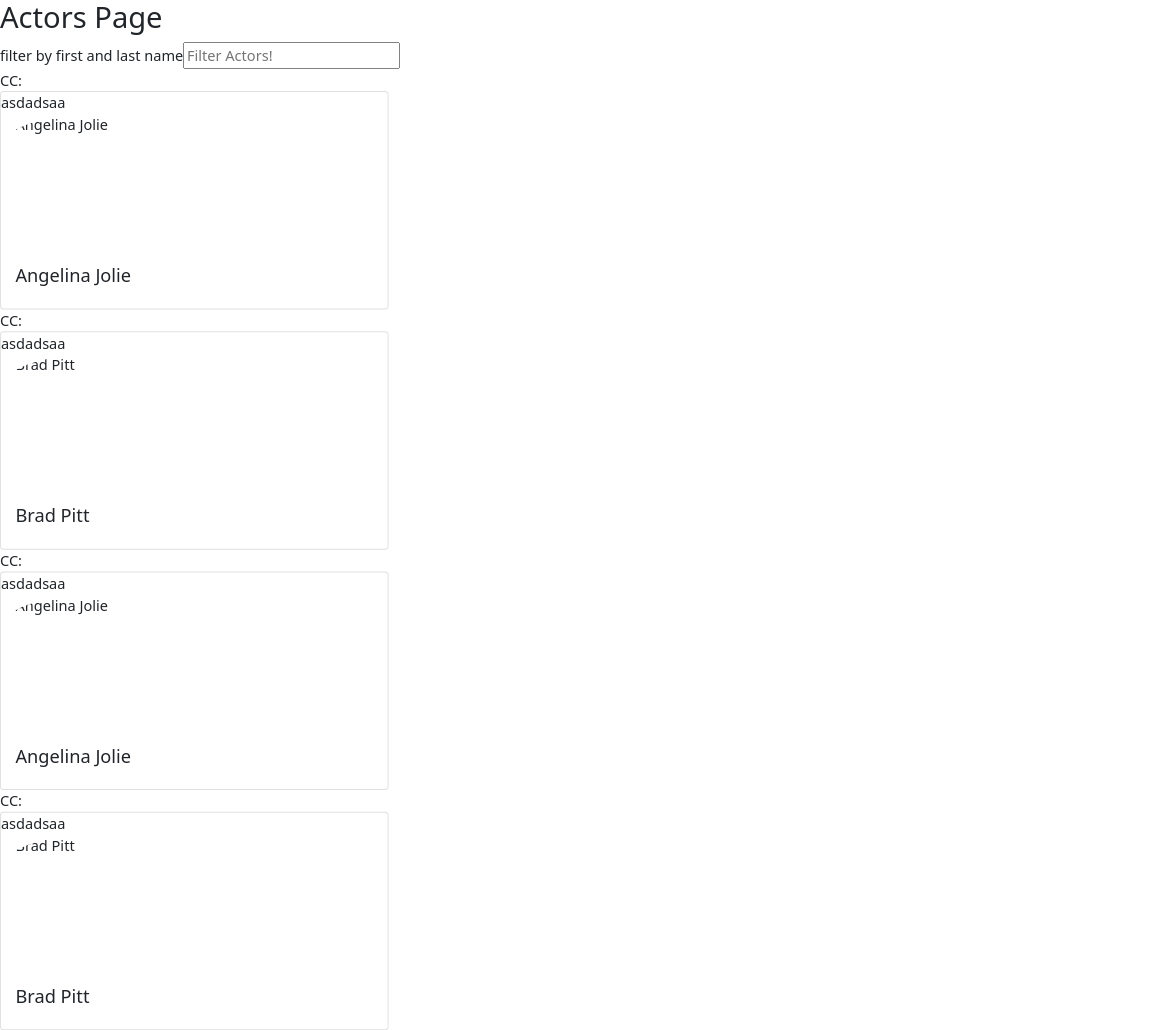
Repository: shuroo/FECourse-react-movieapp
Page: /
The author's editor kept a copy of each file at every save. The page is drawn from the files as they stood at one save, then again after the next save.
The browser window is 1280 px wide. The pictures show the whole page, at 91% of full size.
The project was rebuilt for these pictures with package versions that can differ from the ones it lists, and the page was loaded fresh each time. Also part of the build but not shown: src/App.css.

Above is the page before, as saved 2021-07-24 06:56:40.

After the next save:
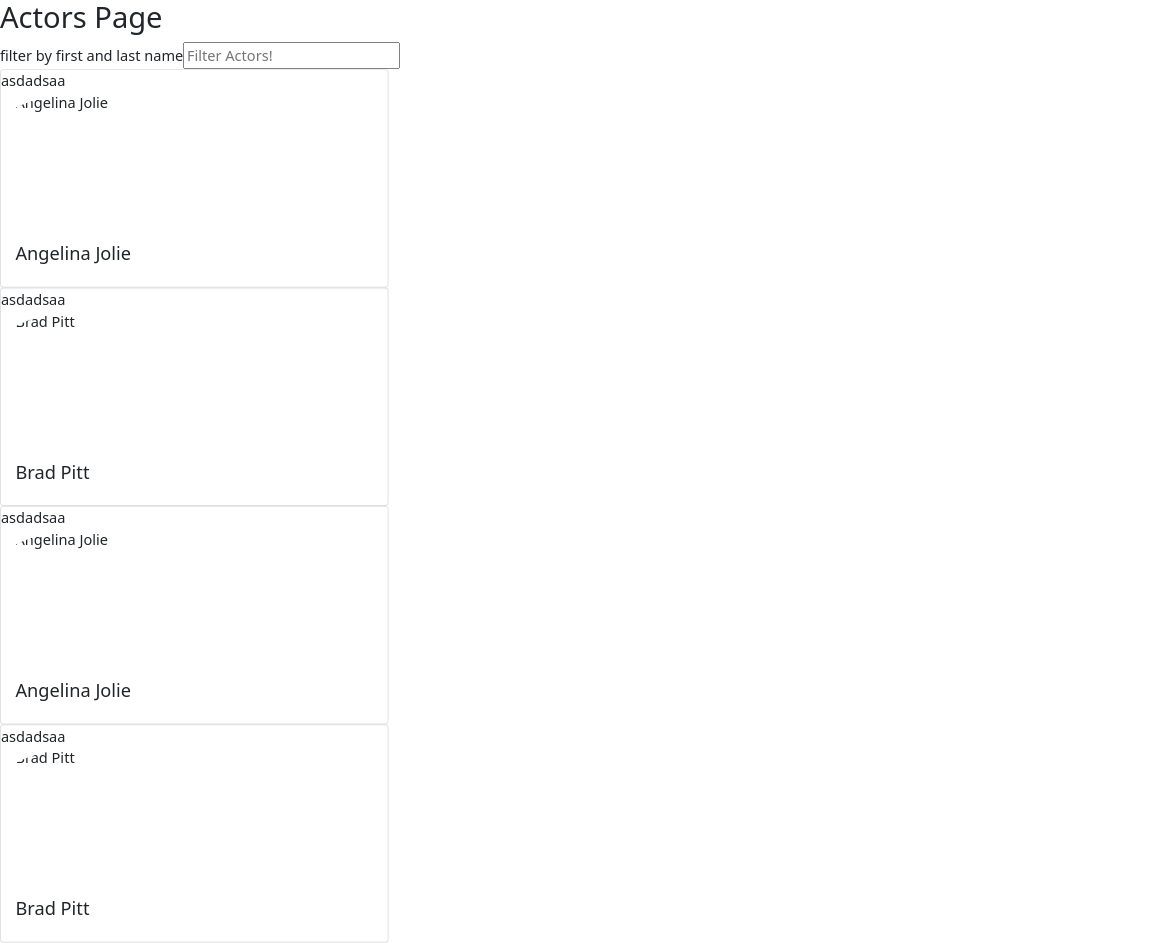
Saved 25 s later.
--- a/src/pages/ActorsPage.jsx
+++ b/src/pages/ActorsPage.jsx
@@ -29,7 +29,7 @@ function ActorsPage() {
     function sortBy(e){
         const criteria = e.target.value;
     }
-    let actorsHtml = actors.map(act=> <div>CC:<CardComponent actor={act}/></div>)
+    let actorsHtml = actors.map(act=> <div><CardComponent actor={act}/></div>)
 
     return (
         <div>
